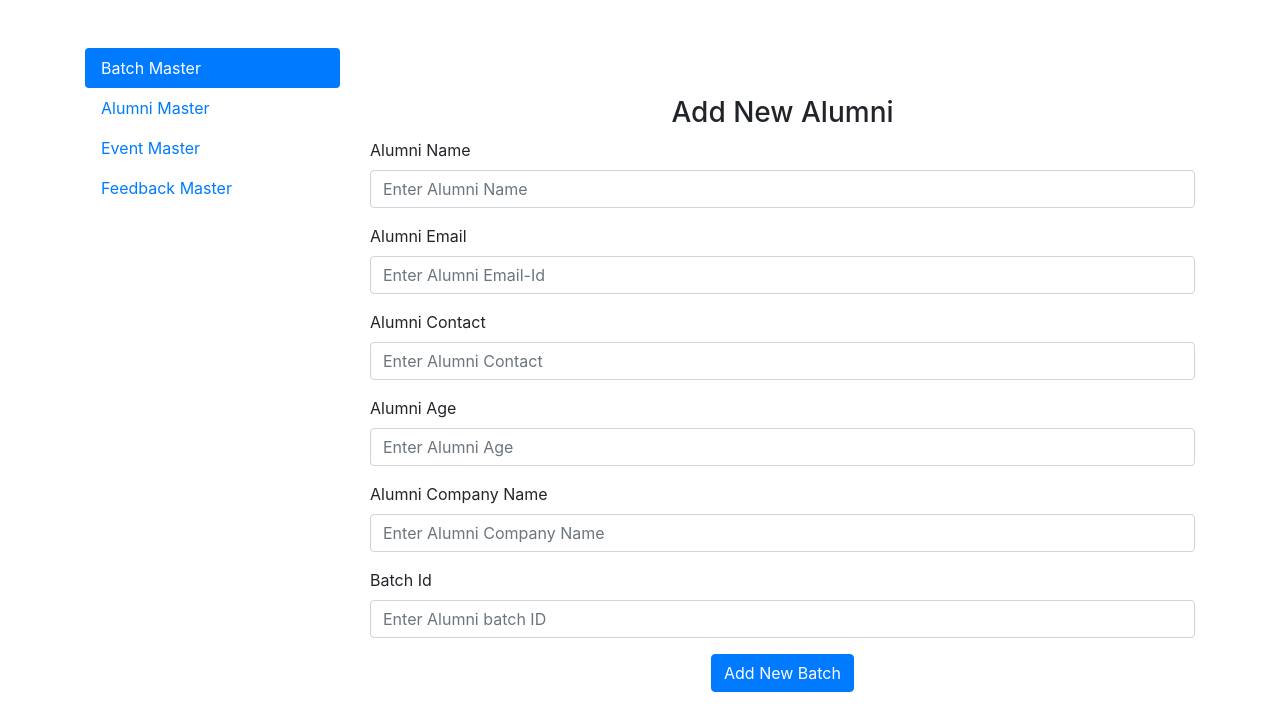
Repository: Shreyash1107/Web_Projects
Page: http://localhost/AlumnieventmanagementApplication/AddAlumni.jsp
These files come from the project's save history. The page is drawn as it stood at one moment and after the next save; the edit follows.
The browser window is 1280 px wide. The pictures show the whole page.
The page is served by Tomcat 9. Nobody is signed in. The application's start-up code is not run. Other server files are loaded and not shown.

Above is the page before, as saved 2024-07-28 09:26:52.

### AlumnieventmanagementApplication/src/main/webapp/AddAlumni.jsp
<%@ page language="java" contentType="text/html; charset=ISO-8859-1"
	pageEncoding="ISO-8859-1"%>
<!DOCTYPE html>
<html>
<head>
<meta charset="ISO-8859-1">
<title>Adding Alumni</title>
<link rel="stylesheet"
	href="https://cdn.jsdelivr.net/npm/bootstrap@4.0.0/dist/css/bootstrap.min.css"
	integrity="sha384-Gn5384xqQ1aoWXA+058RXPxPg6fy4IWvTNh0E263XmFcJlSAwiGgFAW/dAiS6JXm"
	crossorigin="anonymous">
</head>
<body>
	<div class="container mt-5">
		<div class="row">
			<div class="col-md-3">
				<div class="nav flex-column nav-pills menubar" id="v-pills-tab"
					role="tablist" aria-orientation="vertical">
					<a class="nav-link active" id="v-pills-home-tab" data-toggle="pill"
						href="index.jsp" role="tab" aria-controls="v-pills-home"
						aria-selected="true">Batch Master</a> <a class="nav-link"
						id="v-pills-profile-tab" data-toggle="pill"
						href="Alumnimaster.jsp" role="tab" aria-controls="v-pills-profile"
						aria-selected="false">Alumni Master</a> <a class="nav-link"
						id="v-pills-messages-tab" data-toggle="pill"
						href="#v-pills-messages" role="tab"
						aria-controls="v-pills-messages" aria-selected="false">Event
						Master</a> <a class="nav-link" id="v-pills-settings-tab"
						data-toggle="pill" href="#v-pills-settings" role="tab"
						aria-controls="v-pills-settings" aria-selected="false">Feedback
						Master</a>
				</div>
			</div>
			<div class="col-md-9 content">
				<div class="tab-content" id="v-pills-tabContent">
					<div class="tab-pane fade show active" id="v-pills-home"
						role="tabpanel" aria-labelledby="v-pills-home-tab">
						<div class="form-container mt-5">
							<h3 class="text-center">Add New Alumni</h3>
							<form name='frm' id="frm" action='alumni' method='POST'
								onsubmit="validateName()">
								<div class="form-group">
									<label for="txtBatch">Alumni Name</label> <input type="text"
										name="alumniName" id="txtBatch" class="form-control"
										placeholder="Enter Alumni Name" onkeyup="validateBatch()"
										autocomplete="off"> <span id="s"></span>
								</div>
								<div class="form-group">
									<label for="txtBatch">Alumni Email</label> <input type="email"
										name="Email" id="txtBatch" class="form-control"
										placeholder="Enter Alumni Email-Id" onkeyup="validateBatch()"
										autocomplete="off"> <span id="s"></span>
								</div>
								<div class="form-group">
									<label for="txtBatch">Alumni Contact</label> <input
										type="contact" name="Contact" id="txtBatch"
										class="form-control" placeholder="Enter Alumni Contact"
										onkeyup="validateBatch()" autocomplete="off"> <span
										id="s"></span>
								</div>
								<div class="form-group">
									<label for="txtBatch">Alumni Age</label> <input type="number"
										name="Age" id="txtBatch" class="form-control"
										placeholder="Enter Alumni Age" onkeyup="validateBatch()"
										autocomplete="off"> <span id="s"></span>
								</div>
								<div class="form-group">
									<label for="txtBatch">Alumni Company Name</label> <input
										type="text" name="compname" id="txtBatch" class="form-control"
										placeholder="Enter Alumni Company Name"
										onkeyup="validateBatch()" autocomplete="off"> <span
										id="s"></span>
								</div>
								<div class="form-group">
									<label for="txtBatch">Batch Id</label> <input type="number"
										name="batch" id="txtBatch" class="form-control"
										placeholder="Enter Alumni batch ID" onkeyup="validateBatch()"
										autocomplete="off"> <span id="s"></span>
								</div>
								<div class="form-group d-flex justify-content-center">
									<input type='submit' name='s' id="btn" value='Add New Batch'
										class="btn btn-primary" />
								</div>
							</form>
						</div>
					</div>
					<div class="tab-pane fade" id="v-pills-profile" role="tabpanel"
						aria-labelledby="v-pills-profile-tab"></div>
					<div class="tab-pane fade" id="v-pills-messages" role="tabpanel"
						aria-labelledby="v-pills-messages-tab"></div>
					<div class="tab-pane fade" id="v-pills-settings" role="tabpanel"
						aria-labelledby="v-pills-settings-tab"></div>
				</div>
			</div>
		</div>
	</div>
</body>
</html>

After the next save:
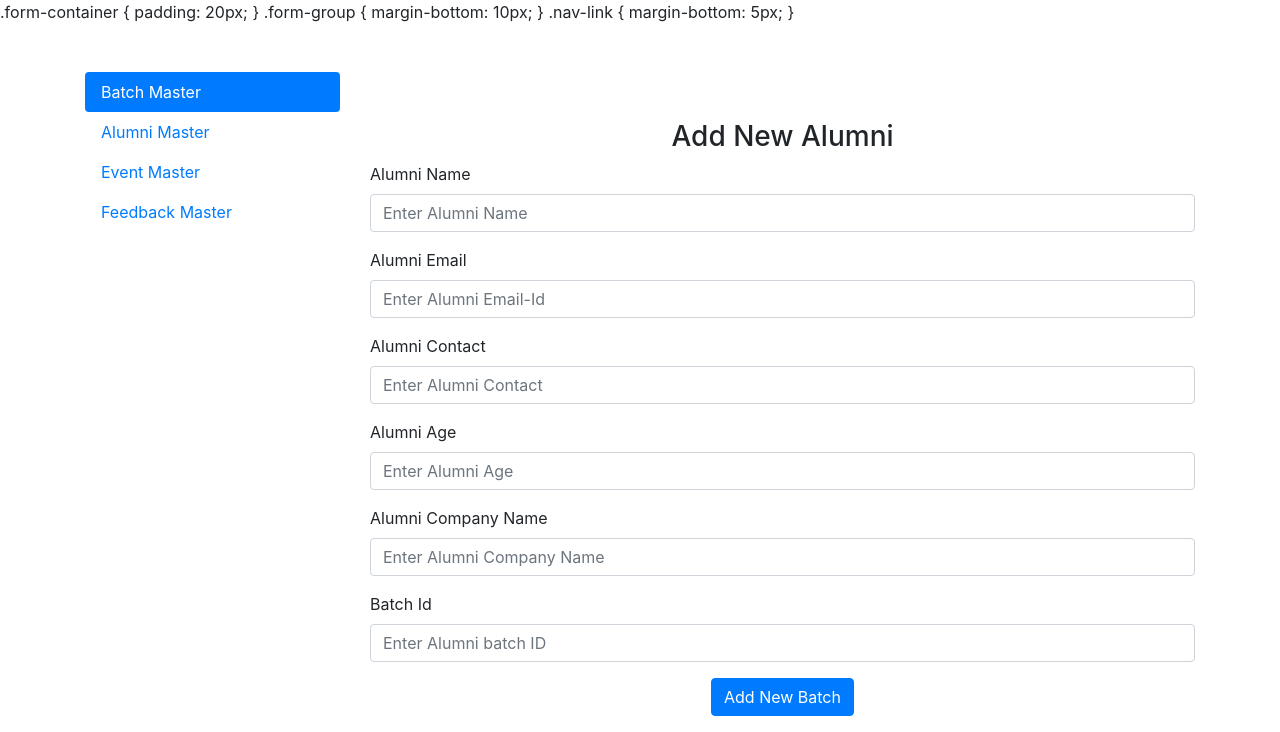
Saved 9 min 57 s later.
--- a/AlumnieventmanagementApplication/src/main/webapp/AddAlumni.jsp
+++ b/AlumnieventmanagementApplication/src/main/webapp/AddAlumni.jsp
@@ -9,6 +9,15 @@
 	href="https://cdn.jsdelivr.net/npm/bootstrap@4.0.0/dist/css/bootstrap.min.css"
 	integrity="sha384-Gn5384xqQ1aoWXA+058RXPxPg6fy4IWvTNh0E263XmFcJlSAwiGgFAW/dAiS6JXm"
 	crossorigin="anonymous">
+	.form-container {
+		padding: 20px;
+	}
+	.form-group {
+		margin-bottom: 10px;
+	}
+	.nav-link {
+		margin-bottom: 5px;
+	}
 </head>
 <body>
 	<div class="container mt-5">
